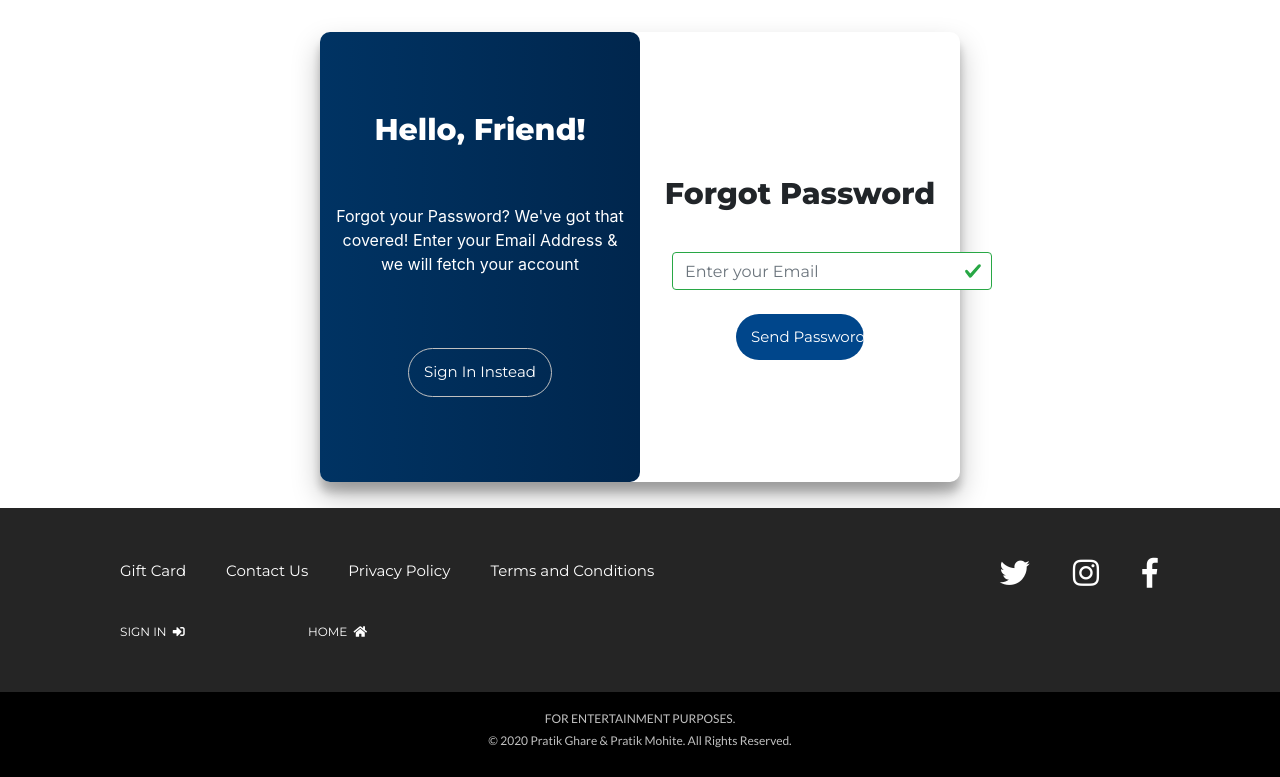
Repository: pratikghare/CafeImbiss
Page: http://localhost/Cafeteria/forgot.jsp
These files come from the project's save history. The page is drawn as it stood at one moment and after a run of saves; the edit follows.
The browser window is 1280 px wide. The pictures show the whole page.
Some web fonts or font styles are not loaded; a fallback is used. Some web libraries are served in a nearby version. The page is served by Tomcat 9.

Above is the page before, as saved 2020-11-05 13:35:38.

After the next 2 saves:
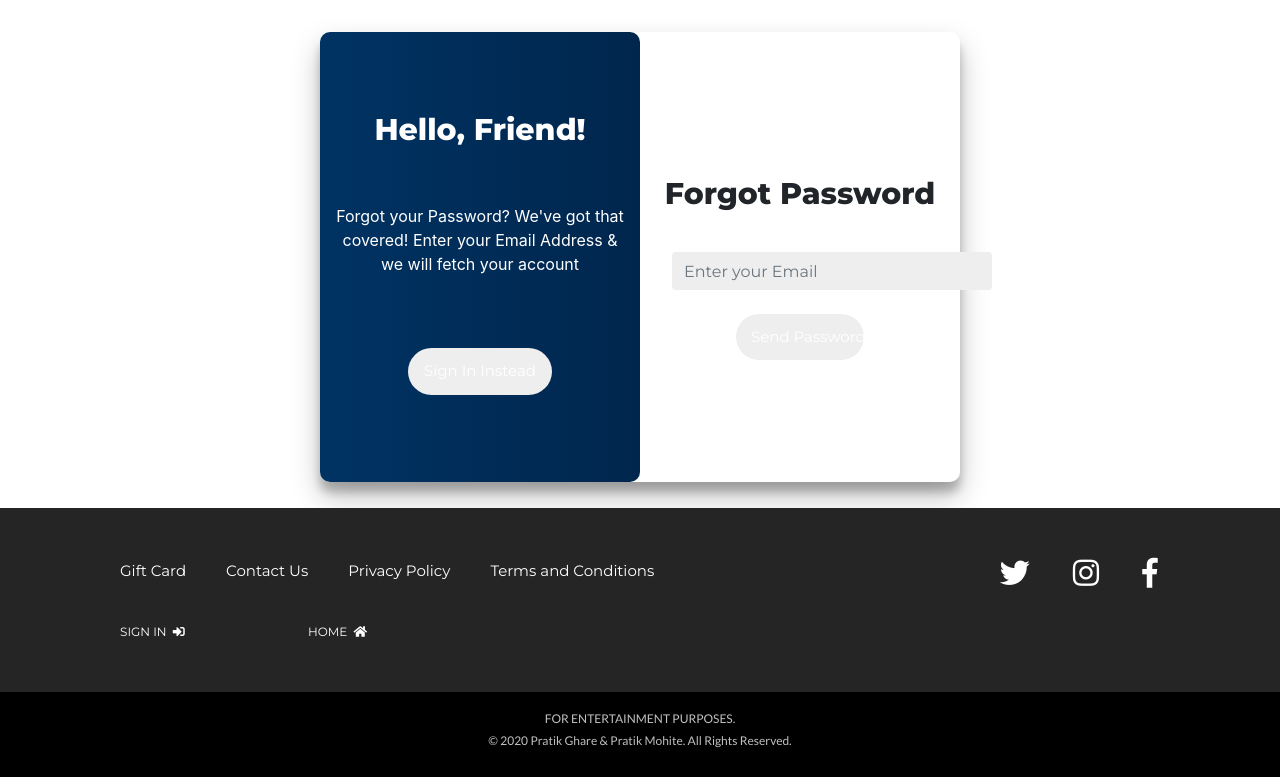
The 2 saves are shown as one change because they came seconds apart.
The last was saved 56 s later.
--- a/Cafeteria/WebContent/references/login.css
+++ b/Cafeteria/WebContent/references/login.css
@@ -79,8 +79,8 @@
 }
 
  form input {
-    background: #eee;
-    border: none;
+    background: #eee !important;
+    border: none !important;
     padding: 12px 15px;
     margin: 8px 0;
     width: 80%;
